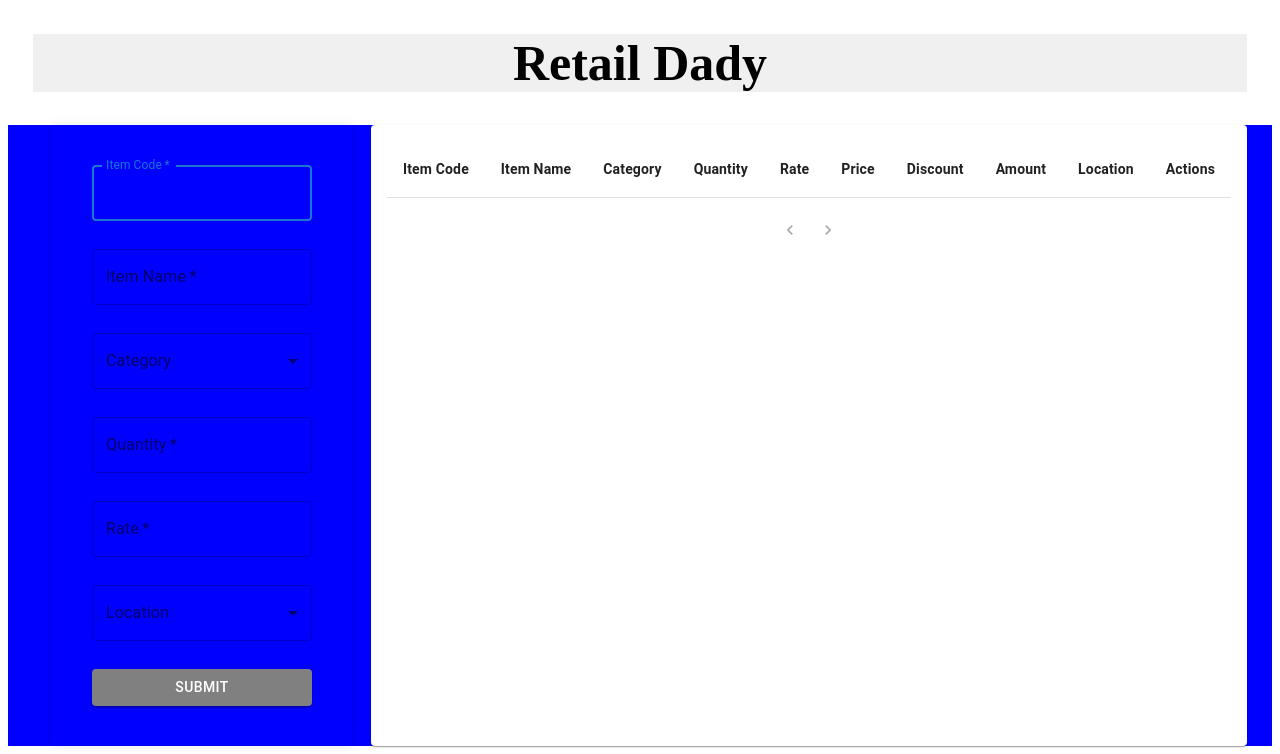
Repository: SharonSebastian32/retail-dady-frontend-app
Page: /
An editor plug-in stored every save of this project. The page is shown before and after a run of saves, followed by the edit.
The browser window is 1280 px wide. The pictures show the whole page.
The page's requests for data from a server got no answer. The project was rebuilt for these pictures with package versions that can differ from the ones it lists, and the page was loaded fresh each time. No one was signed in, and anything a server would have sent is missing. Also part of the build but not shown: vite.config.js, src/components/Childrens/FormDialogue.jsx, src/components/Childrens/ViewDetails.jsx, src/App.css.

Above is the page before, as saved 2024-12-07 21:38:55.

After the next 6 saves:
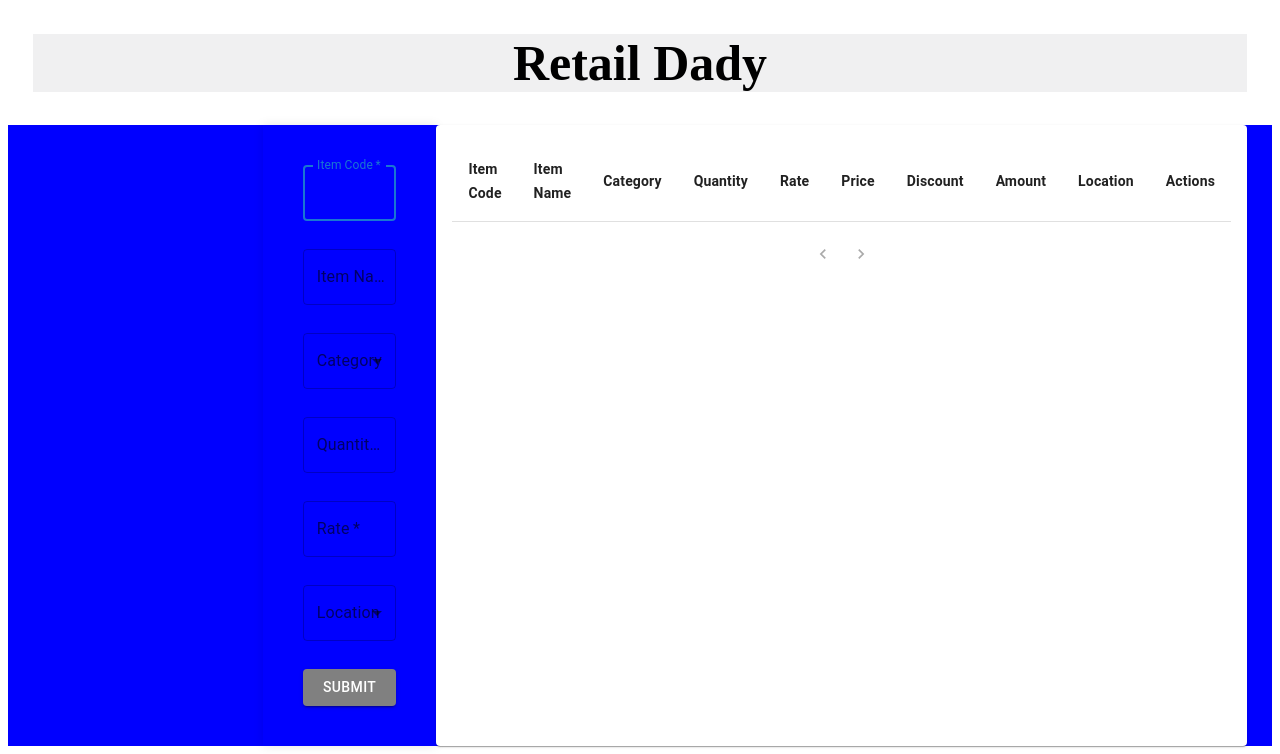
The 6 saves are shown as one change because they came seconds apart.
The last was saved 22 s later.
--- a/src/App.jsx
+++ b/src/App.jsx
@@ -33,7 +33,7 @@
           justifyContent: "space-between",
           backgroundColor: "blue",
         }}
-      >
+      > <div style={{ width: "50%" }}></div>
         <InvoiceForm onFormSubmit={triggerRefresh} />
         <Tables refresh={refresh} />
       </div>

After the 3 saves that followed:
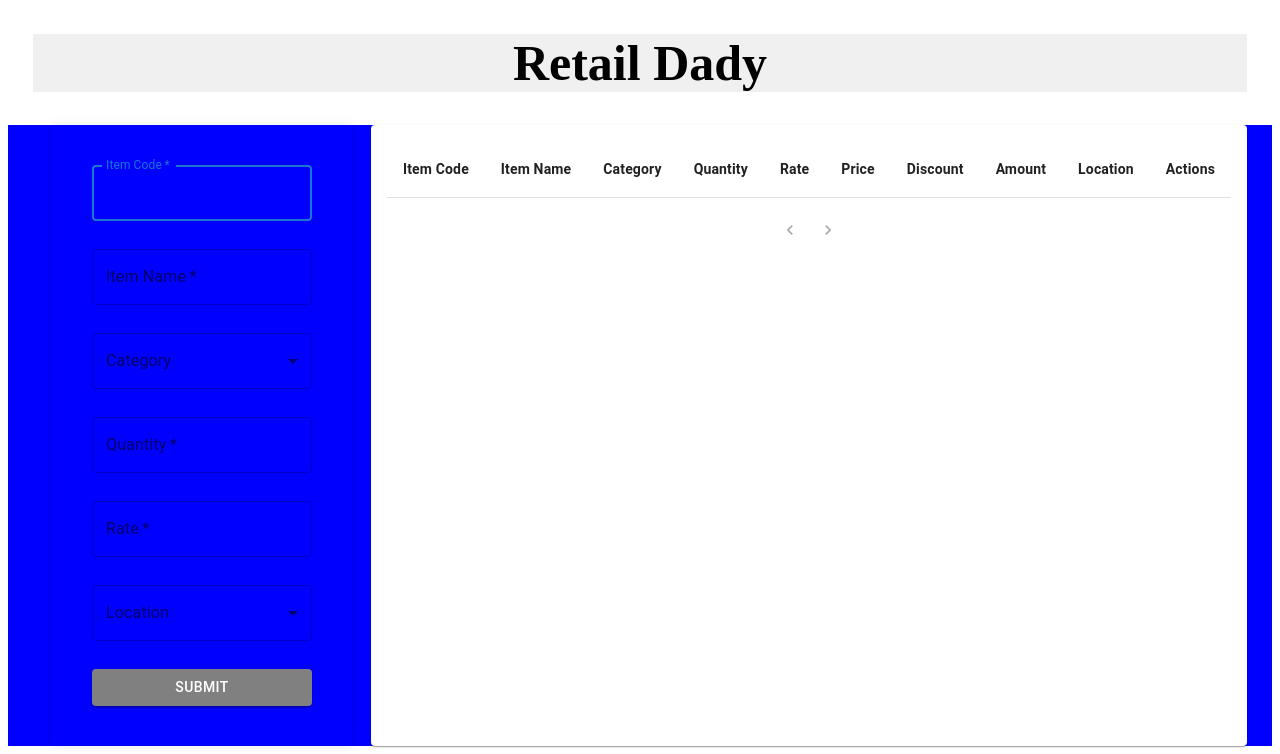
The 3 saves are shown as one change because 1 did not build or start and some came seconds apart.
The last was saved 14 s later.
--- a/src/App.jsx
+++ b/src/App.jsx
@@ -33,7 +33,7 @@
           justifyContent: "space-between",
           backgroundColor: "blue",
         }}
-      > <div style={{ width: "50%" }}></div>
+      > <div style={{paddingL: "0px 25px"}}></div>
         <InvoiceForm onFormSubmit={triggerRefresh} />
         <Tables refresh={refresh} />
       </div>
